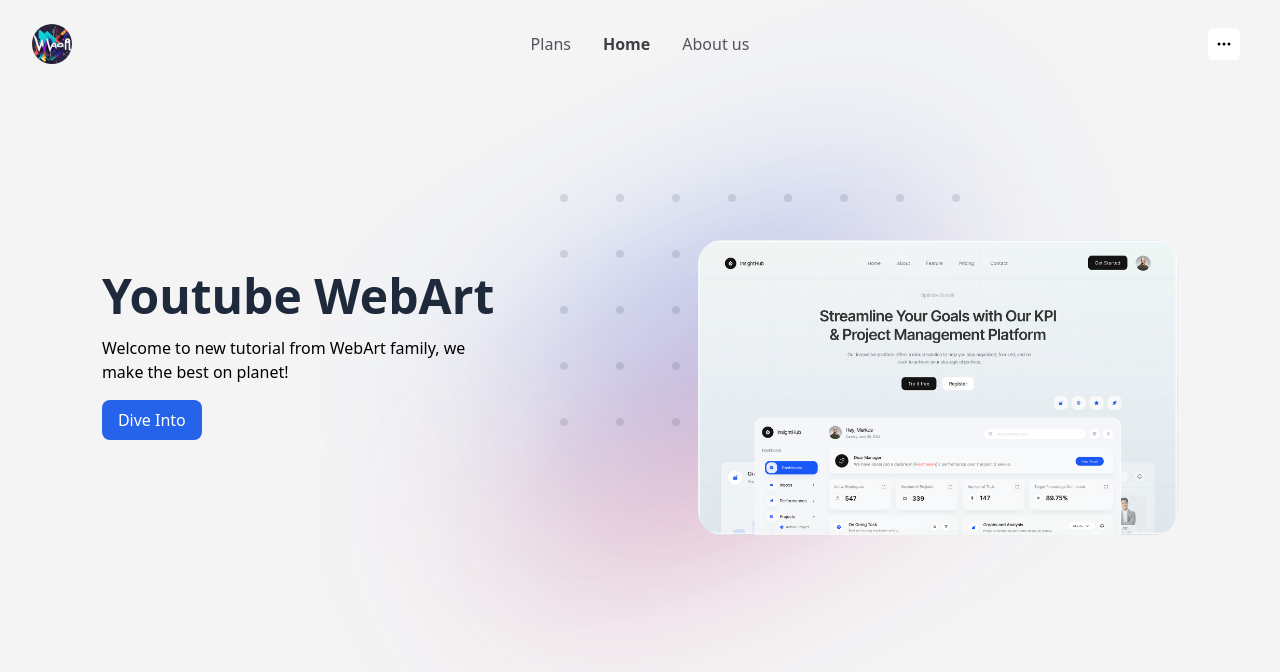
Repository: 30namp/youtube-web-art-code
Page: stunning landing page 1/index.html
These files come from the project's save history. The page is drawn as it stood at one moment and after the next save; the edit follows.
The browser window is 1280 px wide. The pictures show the whole page.

Above is the page before, as saved 2024-09-26 21:18:05.

After the next save:
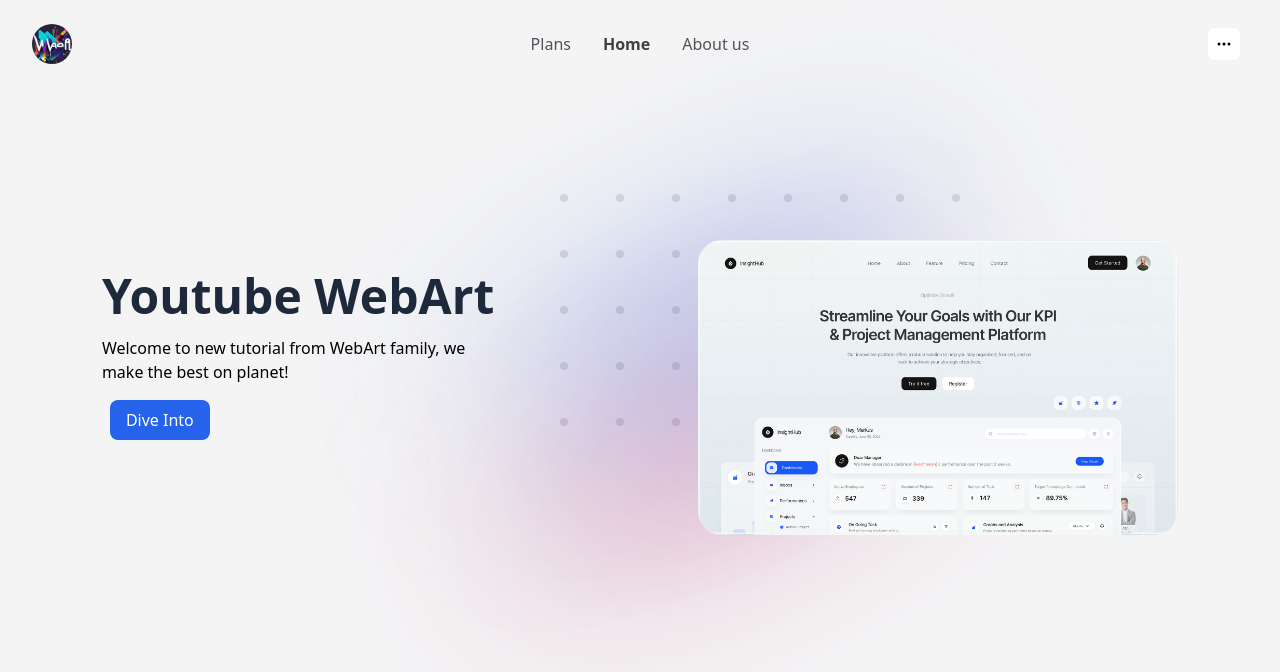
Saved 23 s later.
--- a/stunning landing page 1/index.html
+++ b/stunning landing page 1/index.html
@@ -99,7 +99,7 @@
           planet!
         </p>
         <button
-          class="px-4 py-2 rounded-lg bg-blue-600 text-white hover:scale-105 active:scale-100 transition"
+          class="ml-2 px-4 py-2 rounded-lg bg-blue-600 text-white hover:scale-105 active:scale-100 transition"
         >
           Dive Into
         </button>
